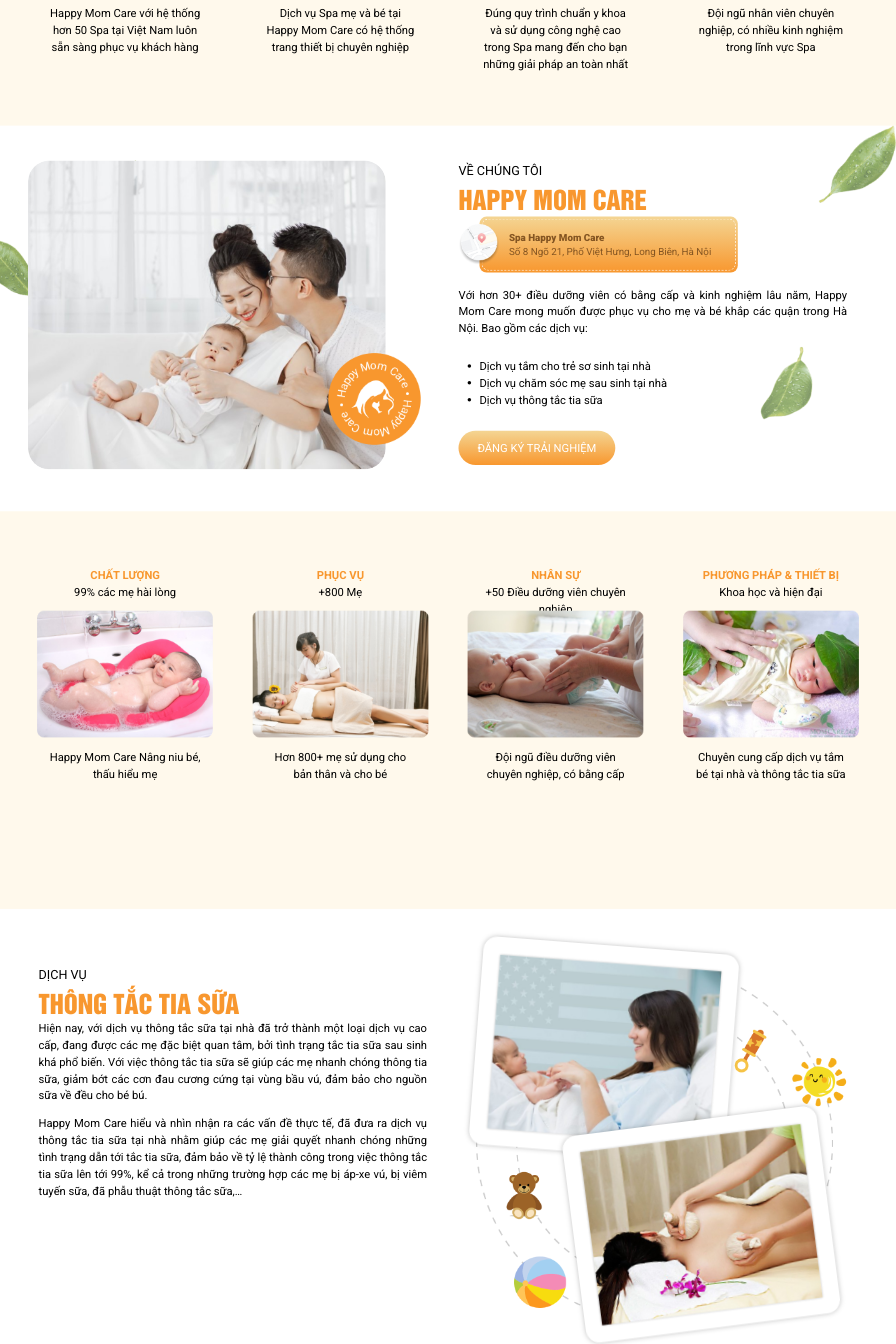
Repository: haianh12082001/happymom
Page: index.html
An editor plug-in stored every save of this project. The page is shown before and after the next save, followed by the edit.
The browser window is 1280 px wide. The pictures show the part of the page from y = 939 to 2859 px (the page is 2859 px tall), at 70% of full size.
Some web libraries are served in a nearby version. The style sheet was rebuilt from its Sass, Less or Tailwind sources for each picture, by a compiler version that may differ from the author's.

Above is the page before, as saved 2021-11-16 10:18:33.

After the next save:
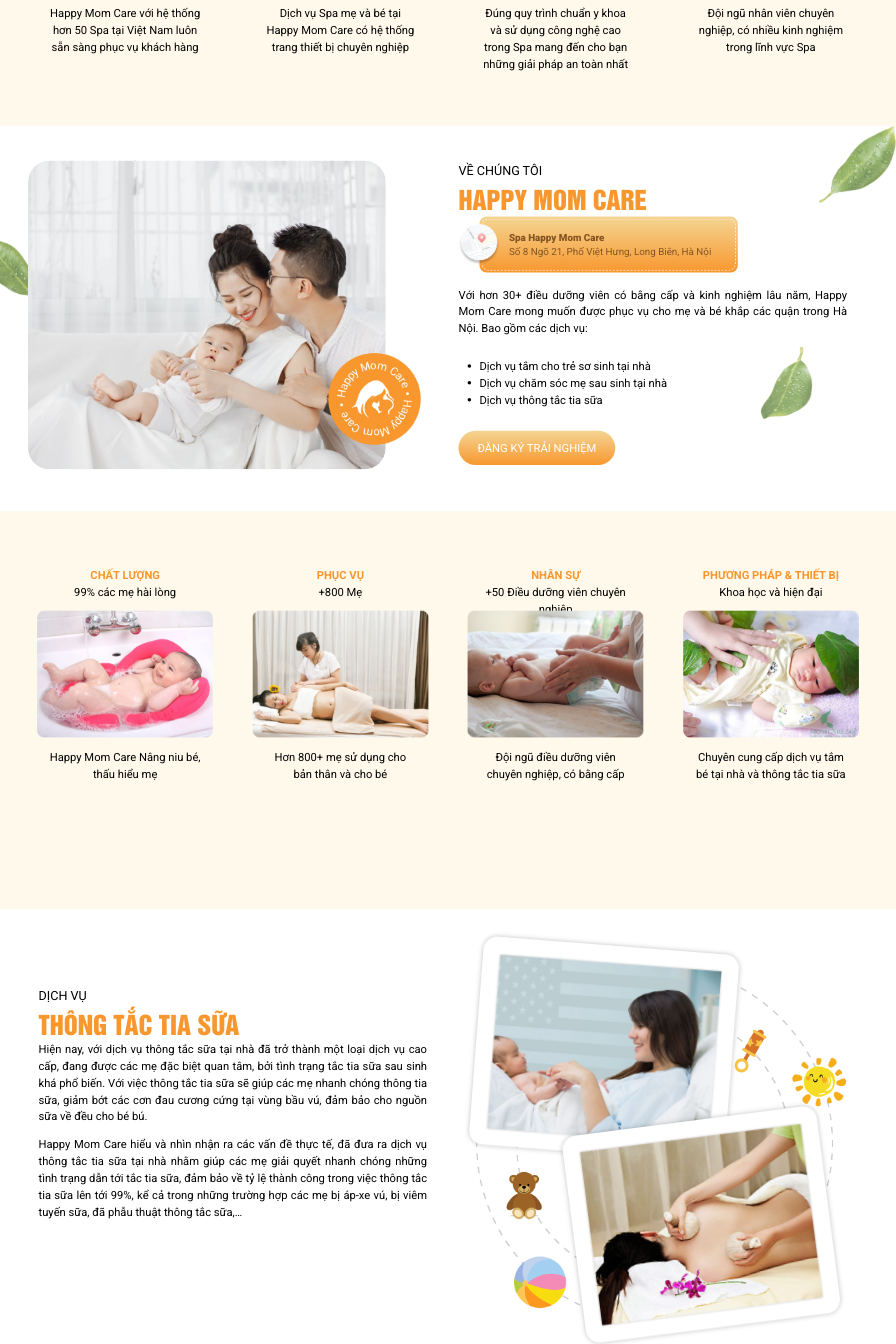
Saved 17 s later.
--- a/assets/sass/_service.scss
+++ b/assets/sass/_service.scss
@@ -18,7 +18,7 @@
 .serviceOne {
     padding-top: 80px;
     &__left {
-        padding: 0 30px;
+        padding: 30px;
     }
     &__right {
         padding: 0 40px;
